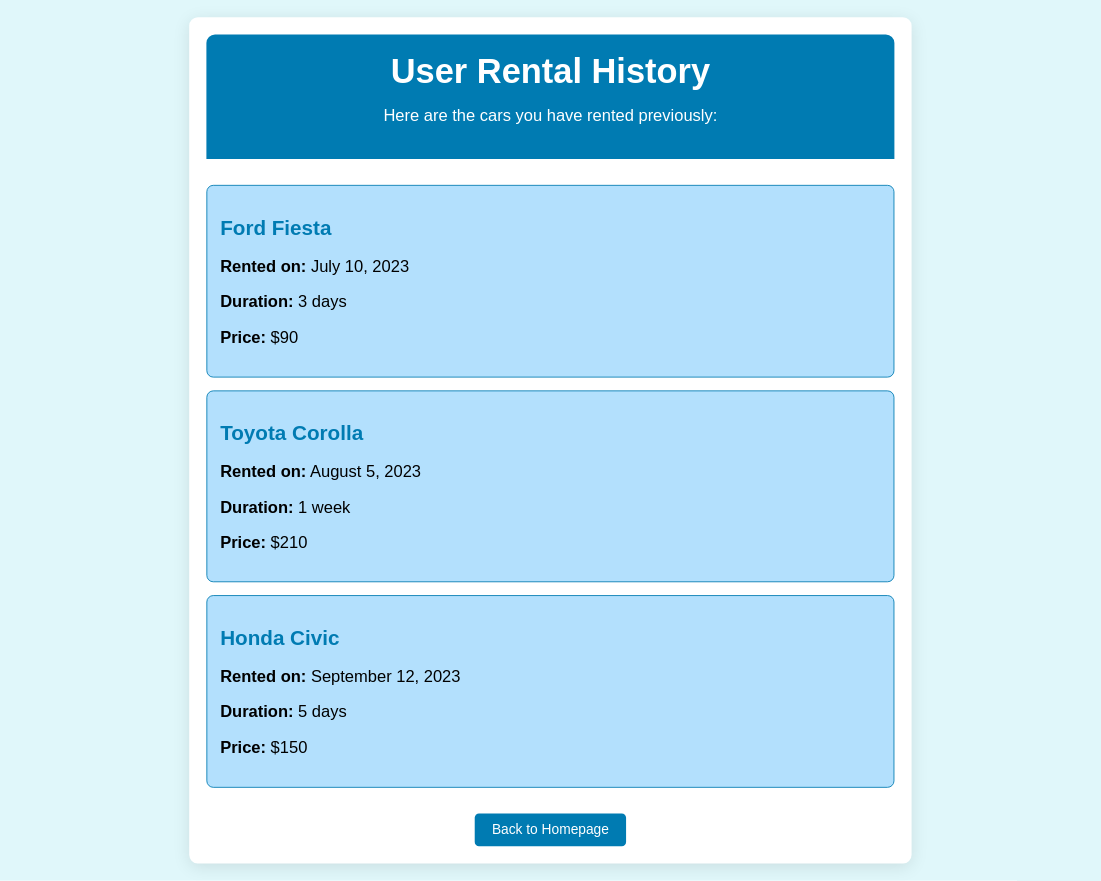
Repository: singrohaanvi/project-fee
Page: fee/user_history/index.html
These files come from the project's save history. The page is drawn as it stood at one moment and after the next save; the edit follows.
The browser window is 1280 px wide. The pictures show the whole page, at 86% of full size.

Above is the page before, as saved 2024-10-22 19:50:04.

### fee/user_history/index.html
<!DOCTYPE html>
<html lang="en">
<head>
    <meta charset="UTF-8">
    <meta name="viewport" content="width=device-width, initial-scale=1.0">
    <title>User Rental History - Car-O-Bar</title>
    <link rel="stylesheet" href="styles.css">
</head>
<body>
    <div class="container">
        <header>
            <h1>User Rental History</h1>
            <p>Here are the cars you have rented previously:</p>
        </header>

        <section class="car-history">
            <div class="car-card" id="car1">
                <h2>Ford Fiesta</h2>
                <p><strong>Rented on:</strong> July 10, 2023</p>
                <p><strong>Duration:</strong> 3 days</p>
                <p><strong>Price:</strong> $90</p>
            </div>
            <div class="car-card" id="car2">
                <h2>Toyota Corolla</h2>
                <p><strong>Rented on:</strong> August 5, 2023</p>
                <p><strong>Duration:</strong> 1 week</p>
                <p><strong>Price:</strong> $210</p>
            </div>
            <div class="car-card" id="car3">
                <h2>Honda Civic</h2>
                <p><strong>Rented on:</strong> September 12, 2023</p>
                <p><strong>Duration:</strong> 5 days</p>
                <p><strong>Price:</strong> $150</p>
            </div>
        </section>

        <footer>
            <button id="backBtn">Back to Homepage</button>
        </footer>
    </div>

    <script src="script.js"></script>
</body>
</html>

### fee/user_history/styles.css
body {
    font-family: 'Arial', sans-serif;
    background-color: #e0f7fa;
    margin: 0;
    padding: 20px;
}

.container {
    max-width: 800px;
    margin: 0 auto;
    padding: 20px;
    background-color: #ffffff;
    border-radius: 10px;
    box-shadow: 0 4px 20px rgba(0, 0, 0, 0.1);
}

header {
    text-align: center;
    background-color: #007bb2;
    color: #fff;
    padding: 20px;
    border-radius: 10px 10px 0 0;
}

h1 {
    margin: 0;
    font-size: 2.5em;
}

p {
    font-size: 1.2em;
}

.car-history {
    margin-top: 30px;
}

.car-card {
    background-color: #b3e0fd;
    border: 1px solid #007bb2;
    border-radius: 8px;
    padding: 15px;
    margin: 15px 0;
    transition: transform 0.2s;
}

.car-card:hover {
    transform: scale(1.02);
}

h2 {
    color: #007bb2;
}

footer {
    text-align: center;
    margin-top: 30px;
}

button {
    padding: 10px 20px;
    background-color: #007bb2;
    color: white;
    border: none;
    border-radius: 5px;
    cursor: pointer;
    font-size: 1em;
}

button:hover {
    background-color: #005f8a;
}

### fee/user_history/script.js
document.getElementById('backBtn').addEventListener('click', function() {
    window.location.href = 'index.html'; // Redirect to your homepage
});

After the next save:
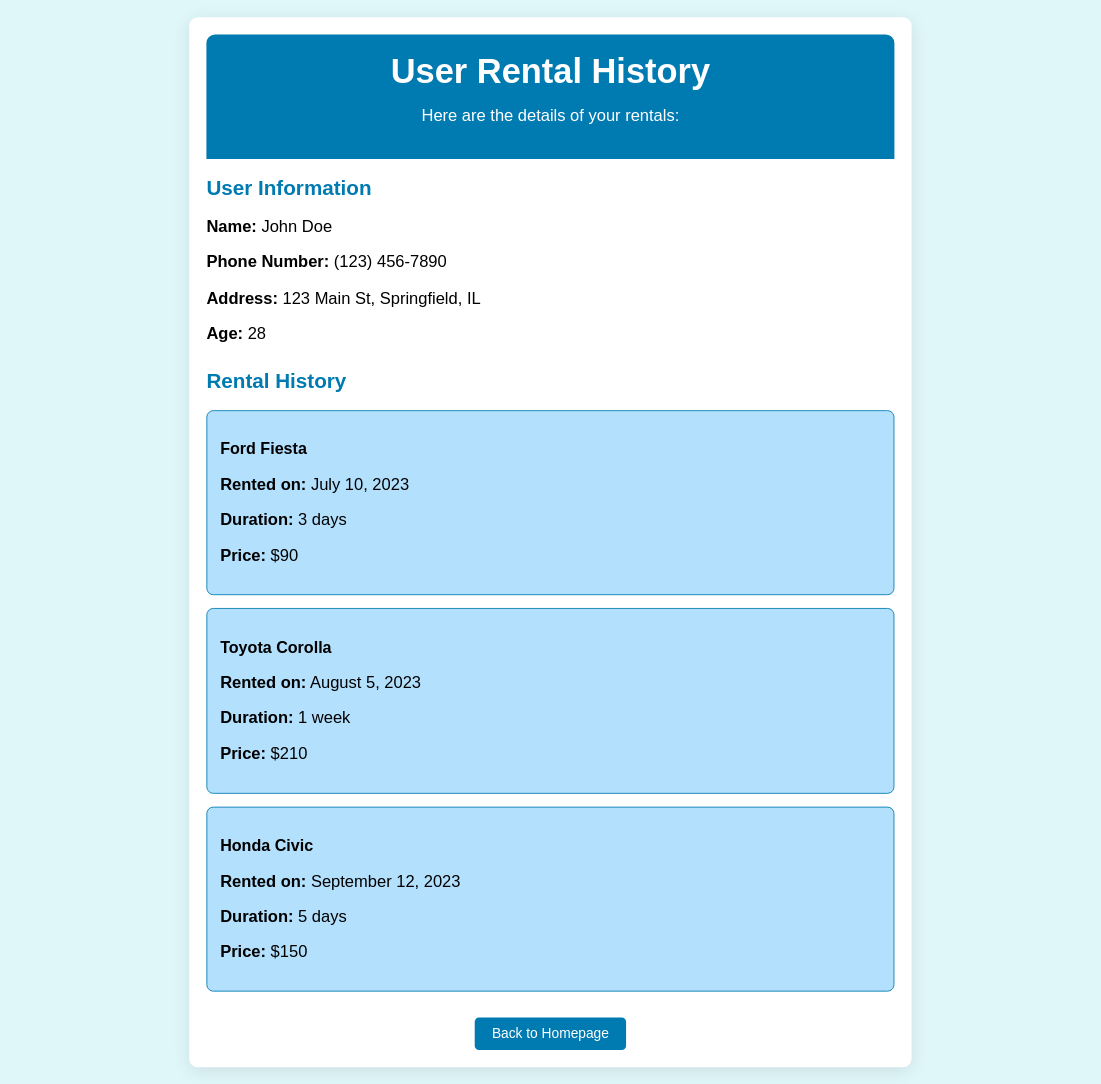
Saved 109 s later.
--- a/fee/user_history/index.html
+++ b/fee/user_history/index.html
@@ -10,24 +10,33 @@
     <div class="container">
         <header>
             <h1>User Rental History</h1>
-            <p>Here are the cars you have rented previously:</p>
+            <p>Here are the details of your rentals:</p>
         </header>
 
+        <section class="user-details">
+            <h2>User Information</h2>
+            <p><strong>Name:</strong> John Doe</p>
+            <p><strong>Phone Number:</strong> (123) 456-7890</p>
+            <p><strong>Address:</strong> 123 Main St, Springfield, IL</p>
+            <p><strong>Age:</strong> 28</p>
+        </section>
+
         <section class="car-history">
+            <h2>Rental History</h2>
             <div class="car-card" id="car1">
-                <h2>Ford Fiesta</h2>
+                <h3>Ford Fiesta</h3>
                 <p><strong>Rented on:</strong> July 10, 2023</p>
                 <p><strong>Duration:</strong> 3 days</p>
                 <p><strong>Price:</strong> $90</p>
             </div>
             <div class="car-card" id="car2">
-                <h2>Toyota Corolla</h2>
+                <h3>Toyota Corolla</h3>
                 <p><strong>Rented on:</strong> August 5, 2023</p>
                 <p><strong>Duration:</strong> 1 week</p>
                 <p><strong>Price:</strong> $210</p>
             </div>
             <div class="car-card" id="car3">
-                <h2>Honda Civic</h2>
+                <h3>Honda Civic</h3>
                 <p><strong>Rented on:</strong> September 12, 2023</p>
                 <p><strong>Duration:</strong> 5 days</p>
                 <p><strong>Price:</strong> $150</p>
